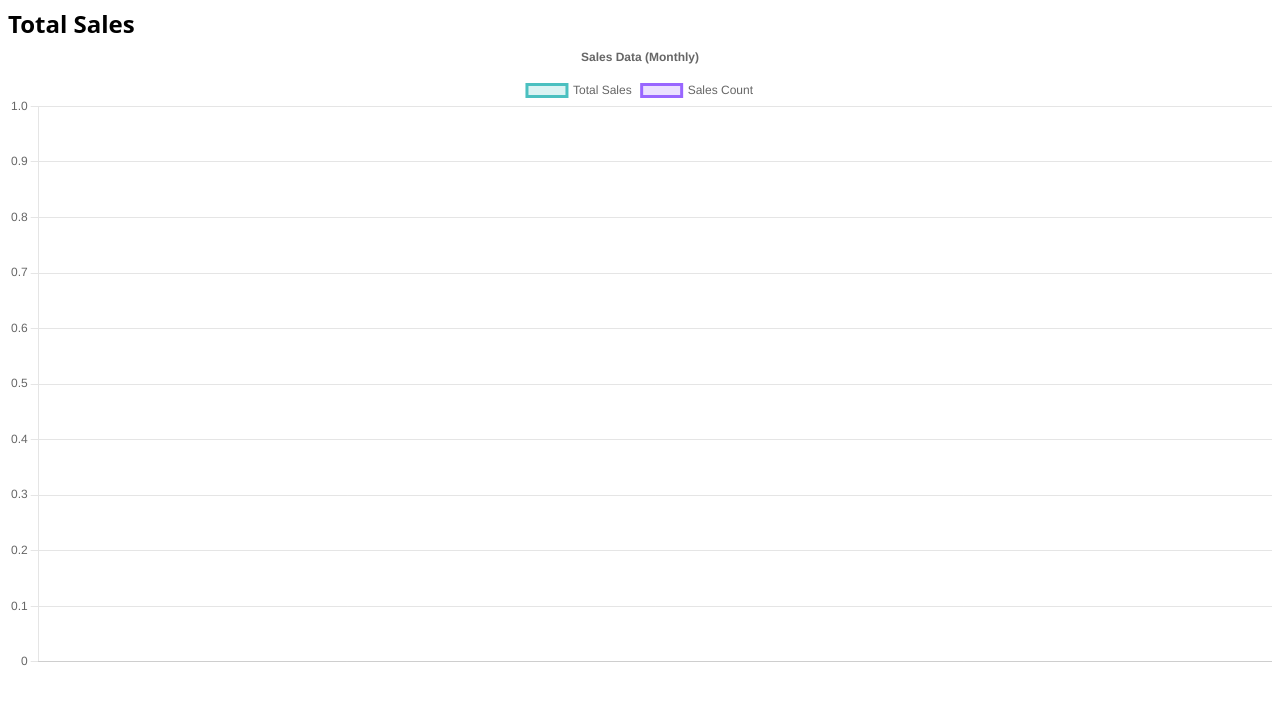
Repository: Qu4ntumGuy/visualize-it
Page: / (app in frontend/)
An editor plug-in stored every save of this project. The page is shown before and after the next save, followed by the edit.
The browser window is 1280 px wide. The pictures show the whole page.
The page's requests for data from a server got no answer. The project was rebuilt for these pictures with package versions that can differ from the ones it lists, and the page was loaded fresh each time. No one was signed in, and anything a server would have sent is missing.

Above is the page before, as saved 2024-08-19 14:11:35.

After the next save:
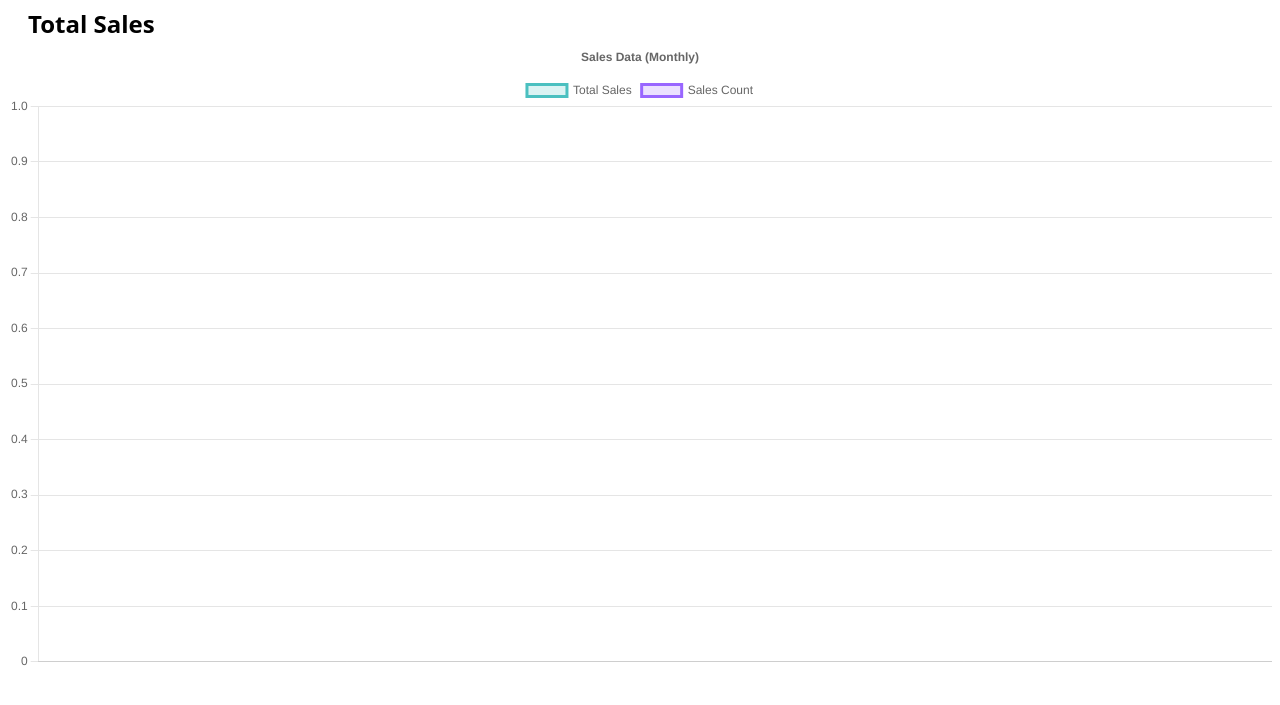
Saved 2 min 26 s later.
--- a/frontend/src/App.js
+++ b/frontend/src/App.js
@@ -25,7 +25,7 @@ function App() {
   return (
     <div className="h-screen overflow-hidden">
       <div className="h-screen overflow-y-auto p-2 max-w-7xl mx-auto">
-        <div className=" text-2xl font-semibold">Total Sales</div>
+        <div className=" text-2xl font-semibold ml-5">Total Sales</div>
         <TotalSales dataType={dataType} fetchedData={data} />
         <div></div>
       </div>
